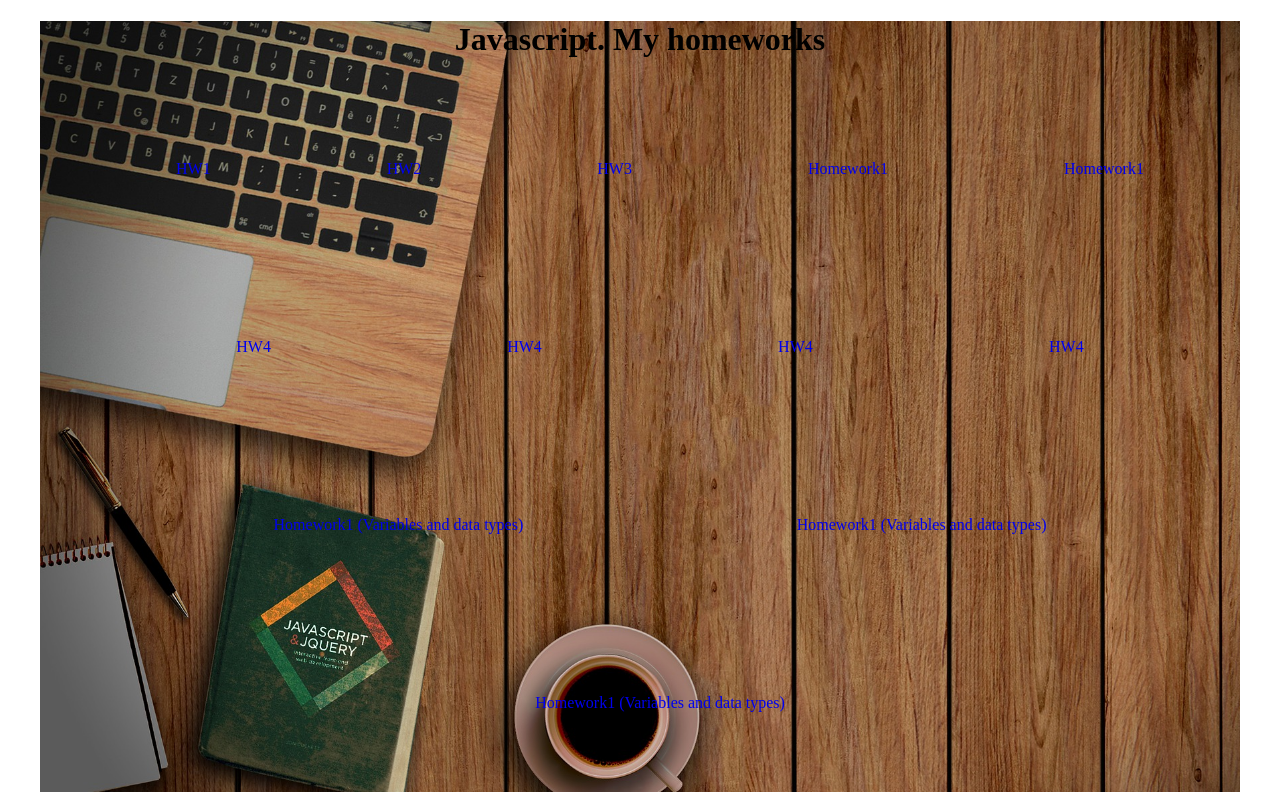
Repository: mariiastetsko/cursor-js-hw
Page: index.html
The author's editor kept a copy of each file at every save. The page is drawn from the files as they stood at one save, then again after a run of saves.
The browser window is 1280 px wide. The pictures show the whole page.

Above is the page before, as saved 2020-07-22 19:58:58.

After the next 2 saves:
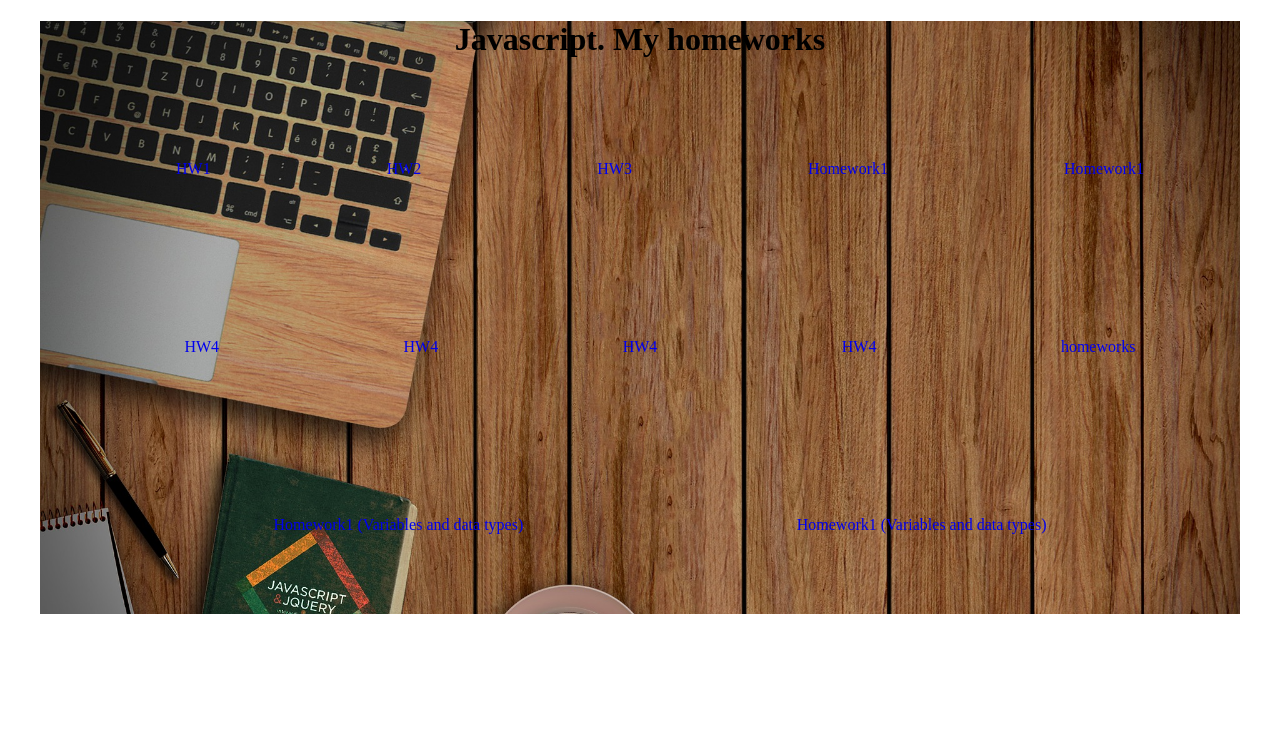
The 2 saves are shown as one change because they came seconds apart.
The last was saved 14 s later.
--- a/index.html
+++ b/index.html
@@ -21,7 +21,7 @@
       <li><a href="./HW7/index.html">HW4</a></li>
       <li><a href="./HW8/index.html">HW4</a></li>
       <li><a href="./HW9/index.html">HW4</a></li>
-      <li><a href="./HW10/index.html">Homework1 (Variables and data types)</a></li>
+      <li><a href="./HW10/index.html">homeworks</a></li>
       <li><a href="./HW11/index.html">Homework1 (Variables and data types)</a></li>
       <li><a href="./HW12/index.html">Homework1 (Variables and data types)</a></li>
     </ul>
